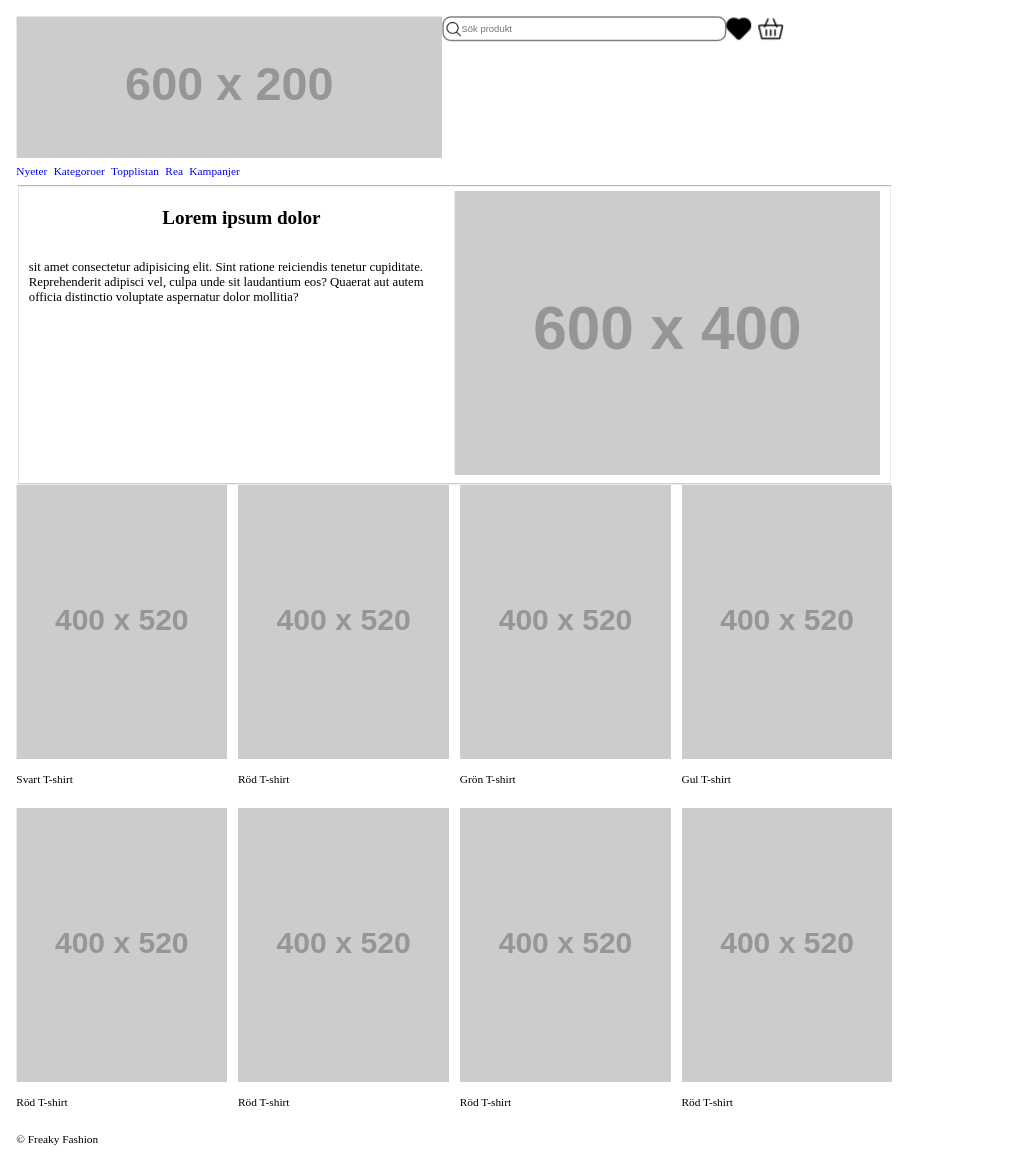
Repository: Kalle1995/project
Page: index.html
An editor plug-in stored every save of this project. The page is shown before and after the next save, followed by the edit.
The browser window is 1280 px wide. The page is 1280 px wide, then 1433 px, so the pictures cover 1433 px, including what lies to the right of the window. The pictures show the whole page, at 71% of full size.

Above is the page before, as saved 2024-10-05 21:51:37.

After the next save:
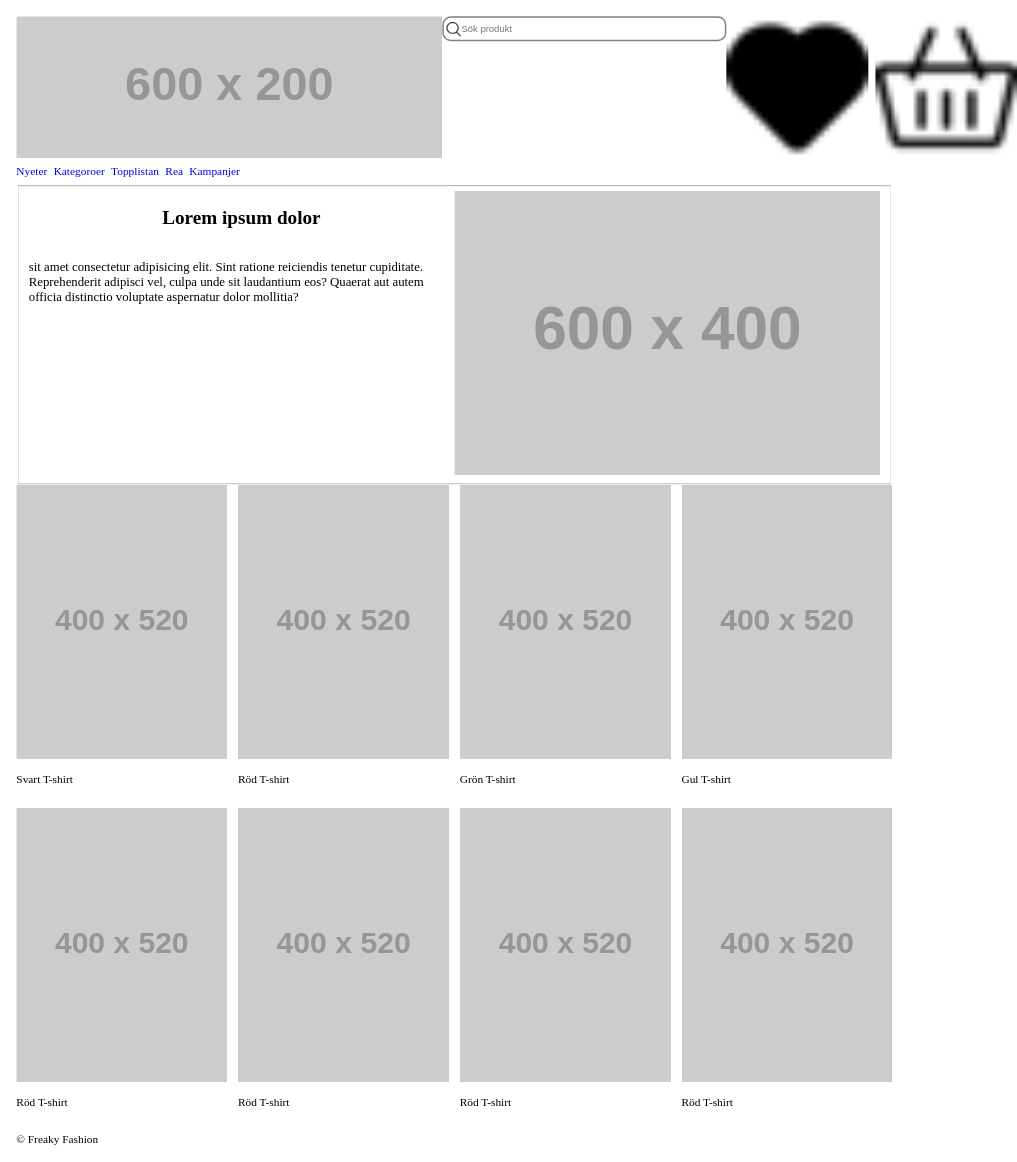
Saved 21 s later.
--- a/main.css
+++ b/main.css
@@ -87,7 +87,7 @@ ul {
 
 .headIcons {
     img {
-        height: 35px;
+        height: 100%;
     }
 }
 
